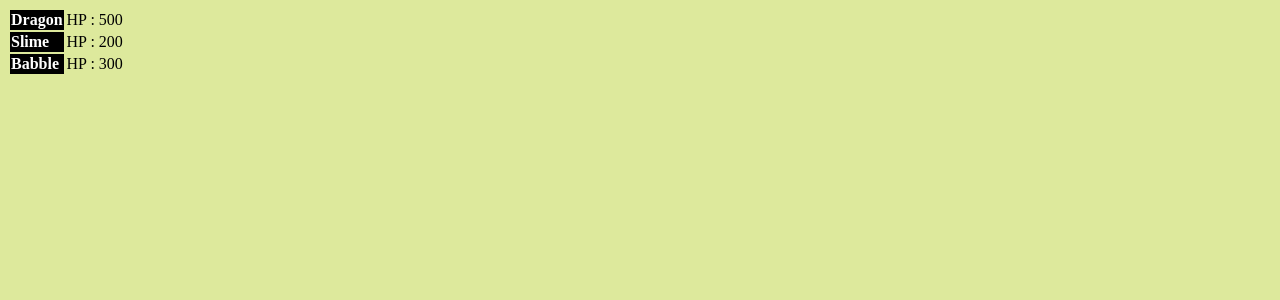
Repository: minoto9/vue_tutorial
Page: sampler/index.html
An editor plug-in stored every save of this project. The page is shown before and after the next save, followed by the edit.
The browser window is 1280 px wide. The pictures show the whole page.

Above is the page before, as saved 2019-07-10 20:48:20.

After the next save:
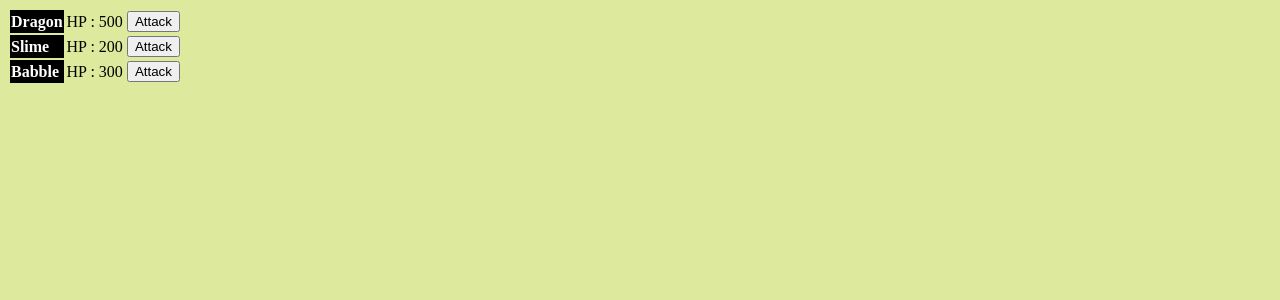
Saved 86 s later.
--- a/sampler/index.html
+++ b/sampler/index.html
@@ -14,6 +14,7 @@
             <tr v-for="item in list" v-bind:key="item.id">
                 <td class="monsterName">{{ item.name }}</td>
                 <td>HP : {{ item.hp }}</td>
+                <td><button v-on:click="attack">Attack</button></td>
             </tr>
         </table>
     </div>
